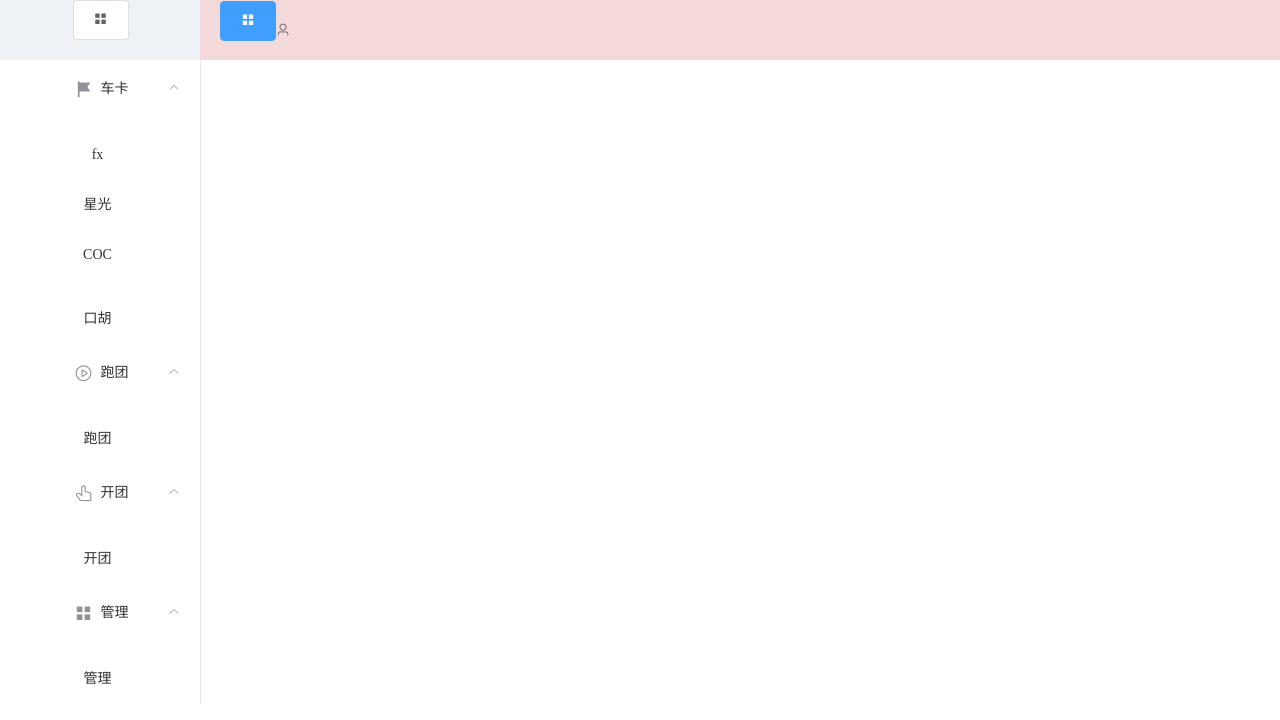
Repository: redlout/ptgkd
Page: /
An editor plug-in stored every save of this project. The page is shown before and after the next save, followed by the edit.
The browser window is 1280 px wide. The pictures show the whole page.
The project was rebuilt for these pictures with package versions that can differ from the ones it lists, and the page was loaded fresh each time. Also part of the build but not shown: src/mock/mock.js, src/views/Login.vue, src/components/SvgIcon/index.vue.

Above is the page before, as saved 2019-09-02 16:56:51.

### index.html
<!DOCTYPE html>
<html>
  <head>
    <meta charset="utf-8">
    <meta name="viewport" content="width=device-width,initial-scale=1.0">
    <title>ptgkd</title>
  </head>
  <body>
    <div id="app"></div>
    <!-- built files will be auto injected -->
  </body>
</html>

<style>
body{
  margin:0;
  padding:0;
}
</style>

### src/main.js
// import '@/styles/index.scss'
// import 'normalize.css/normalize.css'
import Vue from 'vue'
import App from './App'
import router from './router'

import ElementUI from 'element-ui'
import 'element-ui/lib/theme-chalk/index.css'
import api from './http/index'
import './icons'
import store from './store'

Vue.config.productionTip = false
Vue.use(ElementUI);
Vue.use(api);

// Vue.use(api)
/* eslint-disable no-new */
new Vue({
  el: '#app',
  router,
  store,
  render: h => h(App)
})

### src/router/index.js
import Vue from 'vue'
import Router from 'vue-router'
import HelloWorld from '@/views/HelloWorld'
import Login from '@/views/Login'

Vue.use(Router)

const router = new Router({
  routes: [
    {
      path: '/',
      name: 'HelloWorld',
      component: HelloWorld
    },
    {
      path: '/login',
      name: 'Login',
      component: Login
    }
  ]
})

export default router

### src/http/index.js
// 导入所有接口
import apis from './api'

const install = Vue => {
    if (install.installed)
        return;

    install.installed = true;

    Object.defineProperties(Vue.prototype, {
        // 注意，此处挂载在 Vue 原型的 $api 对象上
        $api: {
            get() {
                return apis
            }
        }
    })
}

export default install

### src/icons/index.js
import Vue from 'vue'
import SvgIcon from '@/components/SvgIcon'// svg component

// register globally
Vue.component('svg-icon', SvgIcon)

const req = require.context('./svg', false, /\.svg$/)
const requireAll = requireContext => requireContext.keys().map(requireContext)
requireAll(req)

### src/store/index.js
import Vue from 'vue'
import vuex from 'vuex'

Vue.use(vuex);
import collapse from './modules/collapse.js'
const store = new vuex.Store({
    modules: {
        collapseState: collapse,
        // menu: mymenu
        // 其他
    }
})

export default store

### src/views/HelloWorld.vue
<template>
<div class="container" >
  <el-container style="height: 100%;" direction="vertical">
    <AsideBar></AsideBar>
    <el-container>
      <HeadBar></HeadBar>
      <el-main></el-main>
    </el-container>
  </el-container>
</div>
</template>

<script>
import AsideBar from "../components/AsideBar/index";
import HeadBar from "../components/HeadBar/index";
export default {
  name: "HelloWorld",
  data() {
    return {
      isCollapse: false
    };
  },
  components: {
    AsideBar,
    HeadBar
  },
  methods: {
    logout: function() {
      var _this = this;
      this.$confirm("确认退出吗?", "提示", {
        type: "warning"
      }).then(() => {
        // sessionStorage.removeItem("user");
        this.$router.push("/login");
      });
    }
  }
};
</script>

<style scoped>
  .container {
    position:absolute;
    top: 0px;
    left: 0px;
    right: 0px;
    background: #4b5f6e;
  }
</style>

### src/http/api.js
import axios from './axios'

const login = data =>{
    return axios({
        url: '/login',
        method: 'post',
        data
    })
}

const logout = () =>{
    return axios({

    })
}

export default{
    login,
    logout
}

### src/store/modules/collapse.js
export default {
    state: {
        collapse:false  // 导航栏收缩状态
    },
    getters: {
        collapse(state){// 对应着上面state
            return collapse;
        }
    },
    mutations: {
        collapse(state){  // 改变收缩状态
            state.collapse = !state.collapse;
        }
    },
    actions: {

    }
}

### src/components/AsideBar/index.vue
<template>
  <el-aside width="initial" style="background-color: rgb(238, 241, 246) ">

    <el-radio-group v-model="isCollapse" style="margin-bottom:20px;">
      <el-radio-button :label="collapse">
        <i class="el-icon-menu"></i>
      </el-radio-button>
    </el-radio-group>

    <el-menu
      :default-openeds="['1','2','3','4']"
      class="el-menu-vertical-demo"
      @open="handleOpen"
      @close="handleClose"
      :collapse="isCollapse"
    >
      <el-submenu index="1">
        <template slot="title">
          <i class="el-icon-s-flag"></i>
          <span slot="title">车卡</span>
        </template>
        <el-menu-item-group>
          <el-menu-item index="1-1">fx</el-menu-item>
          <el-menu-item index="1-2">星光</el-menu-item>
          <el-menu-item index="1-3">COC</el-menu-item>
        </el-menu-item-group>
        <el-menu-item-group>
          <el-menu-item index="1-1">口胡</el-menu-item>
        </el-menu-item-group>
      </el-submenu>
      <el-submenu index="2">
        <template slot="title">
          <i class="el-icon-video-play"></i>
          <span slot="title">跑团</span>
        </template>
        <el-menu-item-group>
          <el-menu-item index="2-1">跑团</el-menu-item>
        </el-menu-item-group>
      </el-submenu>
      <el-submenu index="3">
        <template slot="title">
          <i class="el-icon-thumb"></i>
          <span slot="title">开团</span>
        </template>
        <el-menu-item-group>
          <el-menu-item index="3-1">开团</el-menu-item>
        </el-menu-item-group>
      </el-submenu>
      <el-submenu index="4">
        <template slot="title">
          <i class="el-icon-menu"></i>
          <span slot="title">管理</span>
        </template>
        <el-menu-item-group>
          <el-menu-item index="3-1">管理</el-menu-item>
        </el-menu-item-group>
      </el-submenu>
    </el-menu>
  </el-aside>
</template>


<script>
export default {
  name: "AsideBar",
  data() {
    return {
      isCollapse: false
    };
  },
  methods: {
    handleOpen(key, keyPath) {
      // console.log(key, keyPath);
    },
    handleClose(key, keyPath) {
      // console.log(key,keyPath)
    },
    isCollapse: function(){
      this.$store.commit('collapse');
    }
  }
};
</script>

<style>
.el-aside {
  background-color: #d3dce6;
  color: #333;
  text-align: center;
  line-height: 10px;
  position: absolute;
}
.el-menu-vertical-demo:not(.el-menu--collapse) {
  width: 200px;
  min-height: 400px;
}
</style>

### src/components/HeadBar/index.vue
<template>
  <el-header :class="collapse?'menu-bar-collapse-width':'menu-bar-width'">
    <el-radio-group v-model="isCollapse" style="margin-bottom:20px;">
      <el-radio-button :label="collapse">
        <i class="el-icon-menu"></i>
      </el-radio-button>
    </el-radio-group>
    <el-dropdown>
      <i class="el-icon-user" style="margin-right: 15px"></i>
      <el-dropdown-menu slot="dropdown">
        <el-dropdown-item>个人信息</el-dropdown-item>
        <el-dropdown-item>管理</el-dropdown-item>
        <el-dropdown-item divided @click="logout">登出</el-dropdown-item>
      </el-dropdown-menu>
    </el-dropdown>
  </el-header>
  <!-- <el-main></el-main> -->
</template>


<style>
.el-header {
  position: absolute;
  background-color: rgb(243, 217, 217);
  left: 200px;
  right: 0px;
  height: 60px;
  line-height: 60px;
}
  .menu-bar-width{
    left: 200px;
  }
    .menu-bar-collapse-width{
    left: 65px;
  }
</style>

### src/http/axios.js
import axios from 'axios';
import qs from 'qs';
import Cookies from "js-cookie";
import router from "@/router"

export default function $axios(options){
    return new Promise((resolve, reject) => {
      console.log(options)
        const instance = axios.create({
            baseURL: 'http://localhost:8080/',
            headers: {'Content-Type': 'application/json;charset=UTF-8'},
            timeout: '10000',
            transformResponse: [function (data){
            }]
        })
        // request 拦截器
        instance.interceptors.request.use(function(config){
                let token = Cookies.get('token')
                console.log(config)
                if(1){
                    config.headers.accessToken = 111
                }else{
                    //重定向到登陆页面
                    router.push('/login')
                }
                if(config.method === 'post'){
                    if(config.data.__proto__ === FormData.prototype
                        || config.url.endsWith('path')
                        || config.url.endsWith('mark')
                        || config.url.endsWith('patchs')
                        ){
                        }else{
                          config.data = qs.stringify(config.data)
                          console.log(config.data)
                        }
                    }
                    return config
                },
                function (error) {
                // 请求超时
                console.log('request:', error)
                if(error.code === 'ECONNABORTED' && error.message.indexOf('timeout') !== -1){
                    console.log('timeout 请求超时')
                }
                // 重定向到错误页面
                const errorInfo = error.response
                console.log(errorInfo)
                if(errorInfo){
                    error = errorInfo.data
                    const errorStatus = errorInfo.statue; // 404 403 500 ...
                    router.push({
                        path:  `/error/${errorStatus}`
                    })
                }
                return Promise.reject(error)
            }
        )
        console.log(11111111111111)
        instance.interceptors.response.use(function(response){
                let data;
                if(response.data == undefined){
                  data = JSON.parse(response.request.responseText)
                }else{
                    data = response.data
                }

                //根据返回的code 来进行不同的处理
                switch(data.rc){
                    case 1:
                        console.log(data.desc)
                        break;
                    case 0:
                        store.commit('changeState')
                    default:

                }
                return data
            },
            function(err){
              console.log(999999)
                if (err && err.response) {
                    switch (err.response.status) {
                      case 400:
                        err.message = '请求错误'
                        break
                      case 401:
                        err.message = '未授权，请登录'
                        break
                      case 403:
                        err.message = '拒绝访问'
                        break
                      case 404:
                        err.message = `请求地址出错: ${err.response.config.url}`
                        break
                      case 408:
                        err.message = '请求超时'
                        break
                      case 500:
                        err.message = '服务器内部错误'
                        break
                      case 501:
                        err.message = '服务未实现'
                        break
                      case 502:
                        err.message = '网关错误'
                        break
                      case 503:
                        err.message = '服务不可用'
                        break
                      case 504:
                        err.message = '网关超时'
                        break
                      case 505:
                        err.message = 'HTTP版本不受支持'
                        break
                      default:
                    }
                  }
                  console.error(err)
                  return Promise.reject(err)
            }
        )
        //请求处理
        instance(options).then(res => {
          console.log(2222222)
            resolve(res)
            return false
        }).catch(error => {
          console.log(33333)
            reject(error)
        })
        console.log(4444)
    })
}

Loaded but not shown: src/App.vue (common file)

After the next save:
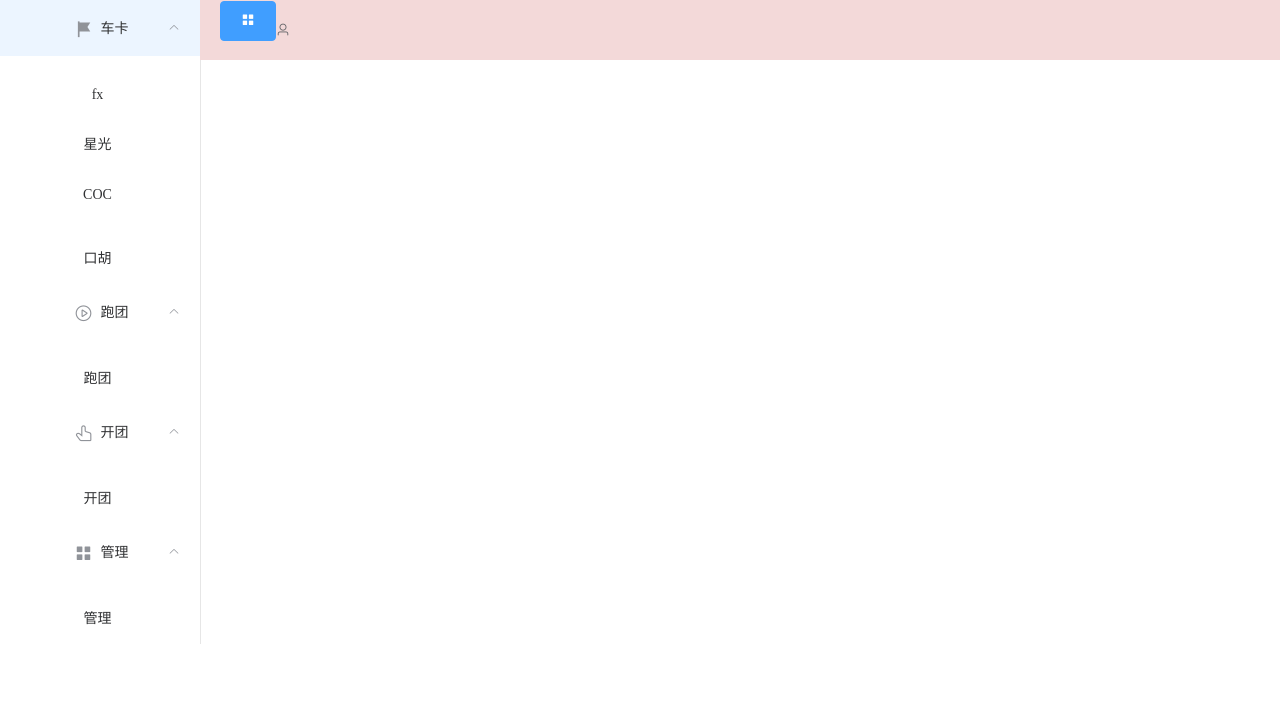
Saved 10 s later.
--- a/src/components/AsideBar/index.vue
+++ b/src/components/AsideBar/index.vue
@@ -1,12 +1,5 @@
 <template>
   <el-aside width="initial" style="background-color: rgb(238, 241, 246) ">
-
-    <el-radio-group v-model="isCollapse" style="margin-bottom:20px;">
-      <el-radio-button :label="collapse">
-        <i class="el-icon-menu"></i>
-      </el-radio-button>
-    </el-radio-group>
-
     <el-menu
       :default-openeds="['1','2','3','4']"
       class="el-menu-vertical-demo"
